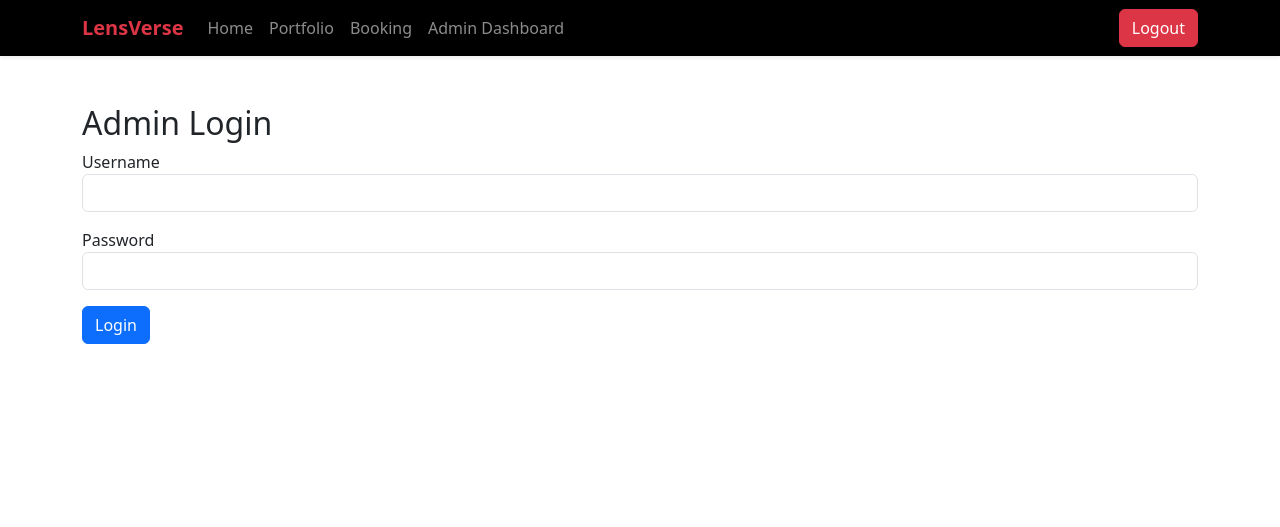
Repository: adithyakiran47/lensverseproject
Page: /admin-dashboard (app in lensverse-client/)
The author's editor kept a copy of each file at every save. The page is drawn from the files as they stood at one save, then again after the next save.
The browser window is 1280 px wide. The pictures show the whole page.
The project was rebuilt for these pictures with package versions that can differ from the ones it lists, and the page was loaded fresh each time. Also part of the build but not shown: lensverse-client/src/pages/Home.js, lensverse-client/src/pages/Portfolio.js, lensverse-client/src/pages/Booking.js, lensverse-client/src/pages/About.js. Imported but missing from the stored project, and not drawn on this page: lensverse-client/src/reportWebVitals.

Above is the page before, as saved 2025-11-04 09:02:24.

### lensverse-client/src/index.css
body {
  background-color: #000000;
  color: #FFFFFF;
  font-family: 'Segoe UI', Tahoma, Geneva, Verdana, sans-serif;
  transition: background-color 0.3s ease, color 0.3s ease;
}

a {
  color: #cc0000;
  text-decoration: none;
  transition: color 0.3s ease;
}

a:hover {
  color: #ff3333;
  text-decoration: underline;
}

.btn-primary, .btn-danger, .btn-black {
  transition: background-color 0.3s ease, border-color 0.3s ease;
}

.btn-primary {
  background-color: #cc0000;
  border-color: #cc0000;
  color: #000000;
}

.btn-primary:hover {
  background-color: #990000;
  border-color: #990000;
  color: #fff;
}

.btn-black {
  background-color: #000000;
  border: 1px solid #cc0000;
  color: #cc0000;
}

.btn-black:hover, .btn-black:focus {
  background-color: #cc0000;
  color: #000000;
  border-color: #cc0000;
}

/* Card hover effect */
.card {
  background-color: #111111;
  border: none;
  transition: transform 0.3s ease, box-shadow 0.3s ease;
}

.card:hover {
  transform: scale(1.03);
  box-shadow: 0 4px 15px rgba(204, 0, 0, 0.5);
}

/* Forms */
.form-control {
  background-color: #111111;
  border-color: #cc0000;
  color: #fff;
  transition: border-color 0.3s ease;
}

.form-control:focus {
  border-color: #ff3333;
  box-shadow: 0 0 8px #cc0000;
  background-color: #222222;
  color: #fff;
}

### lensverse-client/src/App.js
import React from 'react';
import { BrowserRouter as Router, Routes, Route } from 'react-router-dom';


// Import your page components (create these next)
import Home from './pages/Home';
import Portfolio from './pages/Portfolio';
import Booking from './pages/Booking';
import About from './pages/About';
import AdminLogin from './pages/AdminLogin';
import AdminDashboard from './pages/AdminDashboard';

function App() {
  return (
    <Router>
      <Routes>
        <Route path="/" element={<Home />} />
        <Route path="/portfolio" element={<Portfolio />} />
        <Route path="/booking" element={<Booking />} />
        <Route path="/about" element={<About />} />
        <Route path="/admin-login" element={<AdminLogin />} />
        <Route path="/admin-dashboard" element={<AdminDashboard />} />
      </Routes>
    </Router>
  );
}

export default App;

### lensverse-client/src/pages/AdminLogin.js
import React, { useState } from 'react';
import axios from 'axios';
import { useNavigate } from 'react-router-dom';
import Navbar from '../components/Navbar';

const AdminLogin = () => {
  const [formData, setFormData] = useState({ username: '', password: '' });
  const navigate = useNavigate();

  const handleChange = e => setFormData({ ...formData, [e.target.name]: e.target.value });

  const handleSubmit = async e => {
    e.preventDefault();
    try {
      const res = await axios.post('http://localhost:5000/api/admin/login', formData);
      localStorage.setItem('adminToken', res.data.token);
      navigate('/admin-dashboard');
    } catch (err) {
      alert('Invalid credentials');
    }
  };

  return (
    <>
      <Navbar />
      <div className="container mt-5">
        <h2>Admin Login</h2>
        <form onSubmit={handleSubmit}>
          <div className="mb-3">
            <label>Username</label>
            <input type="text" name="username" className="form-control" required onChange={handleChange} />
          </div>
          <div className="mb-3">
            <label>Password</label>
            <input type="password" name="password" className="form-control" required onChange={handleChange} />
          </div>
          <button type="submit" className="btn btn-primary">Login</button>
        </form>
      </div>
    </>
  );
};

export default AdminLogin;

### lensverse-client/src/pages/AdminDashboard.js
import React, { useEffect, useState } from 'react';
import axios from 'axios';
import { useNavigate } from 'react-router-dom';
import Navbar from '../components/Navbar';

const AdminDashboard = () => {
  const navigate = useNavigate();
  const [bookings, setBookings] = useState([]);

  const fetchBookings = async () => {
    const token = localStorage.getItem('adminToken');
    try {
      const res = await axios.get('http://localhost:5000/api/bookings', {
        headers: { Authorization: `Bearer ${token}` }
      });
      setBookings(res.data);
    } catch {
      alert('Session expired. Please log in again.');
      localStorage.removeItem('adminToken');
      navigate('/admin-login');
    }
  };

  useEffect(() => {
    const token = localStorage.getItem('adminToken');
    if (!token) {
      navigate('/admin-login');
    } else {
      fetchBookings();
    }
  }, [navigate]);

  const updateBookingStatus = async (id, status) => {
    const token = localStorage.getItem('adminToken');
    try {
      await axios.put(`http://localhost:5000/api/bookings/${id}`, { status }, {
        headers: { Authorization: `Bearer ${token}` }
      });
      fetchBookings();
    } catch {
      alert('Update failed.');
    }
  };

  const deleteBooking = async (id) => {
    const token = localStorage.getItem('adminToken');
    try {
      await axios.delete(`http://localhost:5000/api/bookings/${id}`, {
        headers: { Authorization: `Bearer ${token}` }
      });
      fetchBookings();
    } catch {
      alert('Delete failed.');
    }
  };

  return (
    <>
      <Navbar />
      <div className="container bg-black text-white py-4 min-vh-100">
        <h2 className="text-danger mb-4">Admin Dashboard</h2>
        <table className="table table-dark table-hover">
          <thead>
            <tr>
              <th>Name</th><th>Email</th><th>Service</th><th>Date</th><th>Status</th><th>Actions</th>
            </tr>
          </thead>
          <tbody>
            {bookings.map(b => (
              <tr key={b._id}>
                <td>{b.name}</td>
                <td>{b.email}</td>
                <td>{b.serviceType}</td>
                <td>{b.date}</td>
                <td>{b.status || 'pending'}</td>
                <td>
                  <button className="btn btn-success btn-sm me-2" onClick={() => updateBookingStatus(b._id, 'confirmed')}>Confirm</button>
                  <button className="btn btn-warning btn-sm me-2" onClick={() => updateBookingStatus(b._id, 'cancelled')}>Cancel</button>
                  <button className="btn btn-danger btn-sm" onClick={() => deleteBooking(b._id)}>Delete</button>
                </td>
              </tr>
            ))}
          </tbody>
        </table>
      </div>
    </>
  );
};

export default AdminDashboard;

### lensverse-client/src/components/Navbar.js
import React from 'react';
import { Link, useNavigate } from 'react-router-dom';

const Navbar = () => {
  const navigate = useNavigate();

  const handleLogout = () => {
    localStorage.removeItem('adminToken');
    navigate('/admin-login');
  };

  return (
    <nav className="navbar navbar-expand-lg navbar-dark bg-black shadow-sm">
      <div className="container">
        <Link className="navbar-brand text-danger fw-bold" to="/">LensVerse</Link>
        <button className="navbar-toggler" type="button" data-bs-toggle="collapse" data-bs-target="#navbarNav" aria-controls="navbarNav" aria-expanded="false" aria-label="Toggle navigation">
          <span className="navbar-toggler-icon"></span>
        </button>
        <div className="collapse navbar-collapse" id="navbarNav">
          <ul className="navbar-nav me-auto mb-2 mb-lg-0">
            <li className="nav-item"><Link className="nav-link" to="/">Home</Link></li>
            <li className="nav-item"><Link className="nav-link" to="/portfolio">Portfolio</Link></li>
            <li className="nav-item"><Link className="nav-link" to="/booking">Booking</Link></li>
            <li className="nav-item"><Link className="nav-link" to="/admin-dashboard">Admin Dashboard</Link></li>
          </ul>
          <button className="btn btn-danger" onClick={handleLogout}>Logout</button>
        </div>
      </div>
    </nav>
  );
};

export default Navbar;

Loaded but not shown: lensverse-client/src/index.js (common file)

After the next save:
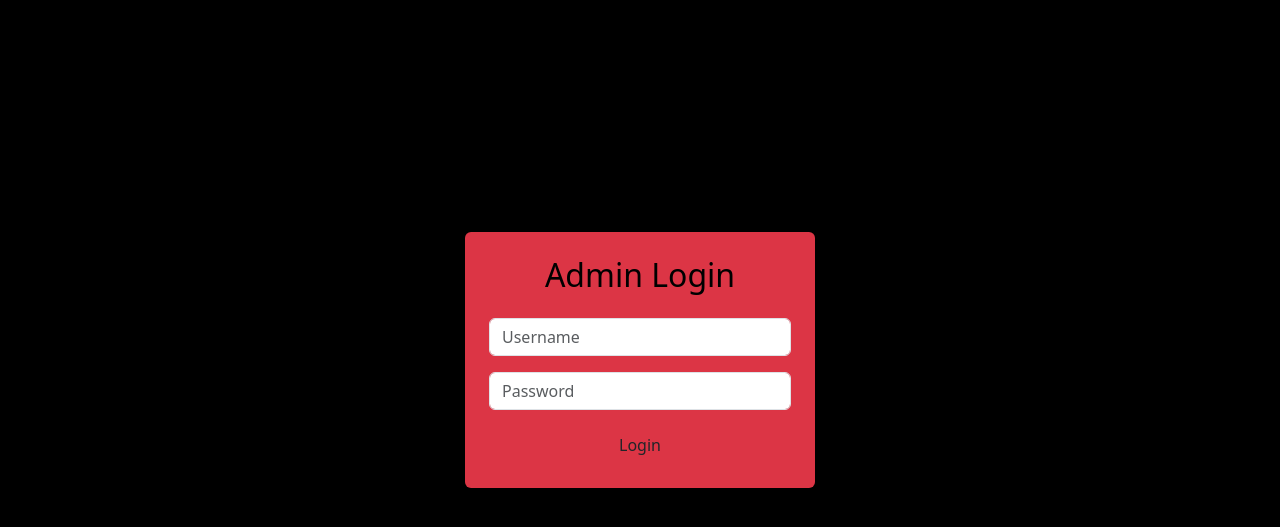
Saved 16 s later.
--- a/lensverse-client/src/pages/AdminLogin.js
+++ b/lensverse-client/src/pages/AdminLogin.js
@@ -1,7 +1,6 @@
 import React, { useState } from 'react';
 import axios from 'axios';
 import { useNavigate } from 'react-router-dom';
-import Navbar from '../components/Navbar';
 
 const AdminLogin = () => {
   const [formData, setFormData] = useState({ username: '', password: '' });
@@ -15,29 +14,34 @@ const AdminLogin = () => {
       const res = await axios.post('http://localhost:5000/api/admin/login', formData);
       localStorage.setItem('adminToken', res.data.token);
       navigate('/admin-dashboard');
-    } catch (err) {
+    } catch {
       alert('Invalid credentials');
     }
   };
 
   return (
-    <>
-      <Navbar />
-      <div className="container mt-5">
-        <h2>Admin Login</h2>
-        <form onSubmit={handleSubmit}>
-          <div className="mb-3">
-            <label>Username</label>
-            <input type="text" name="username" className="form-control" required onChange={handleChange} />
-          </div>
-          <div className="mb-3">
-            <label>Password</label>
-            <input type="password" name="password" className="form-control" required onChange={handleChange} />
-          </div>
-          <button type="submit" className="btn btn-primary">Login</button>
-        </form>
-      </div>
-    </>
+    <div className="d-flex justify-content-center align-items-center vh-100 bg-black">
+      <form onSubmit={handleSubmit} className="bg-danger p-4 rounded shadow-lg" style={{ width: '350px' }}>
+        <h2 className="text-center text-black mb-4">Admin Login</h2>
+        <input
+          type="text"
+          name="username"
+          placeholder="Username"
+          className="form-control mb-3"
+          onChange={handleChange}
+          required
+        />
+        <input
+          type="password"
+          name="password"
+          placeholder="Password"
+          className="form-control mb-3"
+          onChange={handleChange}
+          required
+        />
+        <button type="submit" className="btn btn-black w-100">Login</button>
+      </form>
+    </div>
   );
 };
 
